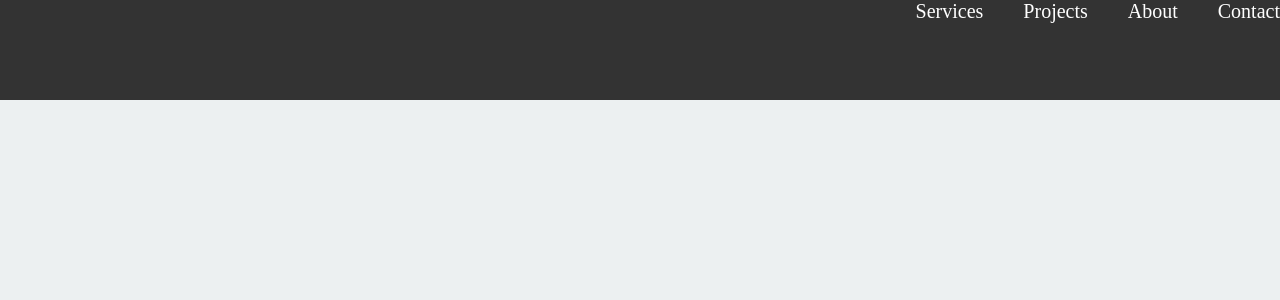
Repository: arifshahriyarnader/css-flexbox
Page: Exercise 1/index.html
These files come from the project's save history. The page is drawn as it stood at one moment and after a run of saves; the edit follows.
The browser window is 1280 px wide. The pictures show the whole page.

Above is the page before, as saved 2024-06-15 15:50:56.

After the next 2 saves:
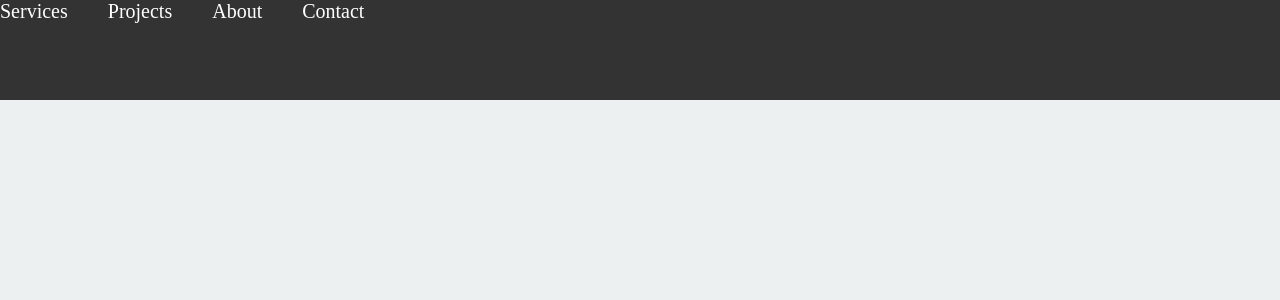
The 2 saves are shown as one change because they came seconds apart.
The last was saved 88 s later.
--- a/Exercise 1/css/style.css
+++ b/Exercise 1/css/style.css
@@ -17,7 +17,7 @@
     min-height: 100px;
     /* margin: 70px; */
     display:flex;
-    justify-content: end;
+    justify-content:;
 }
 
 .leftmenu_link ul{

After the 2 saves that followed:
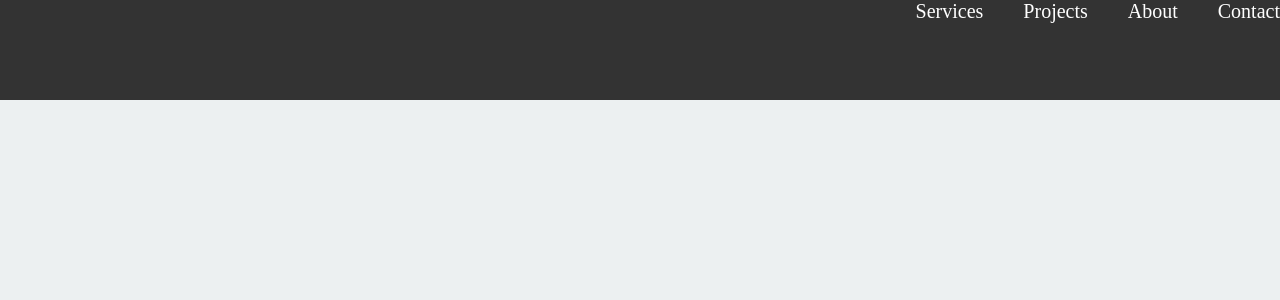
The 2 saves are shown as one change because they came seconds apart.
The last was saved 6 s later.
--- a/Exercise 1/css/style.css
+++ b/Exercise 1/css/style.css
@@ -17,7 +17,7 @@
     min-height: 100px;
     /* margin: 70px; */
     display:flex;
-    justify-content:;
+    justify-content:flex-end;
 }
 
 .leftmenu_link ul{
